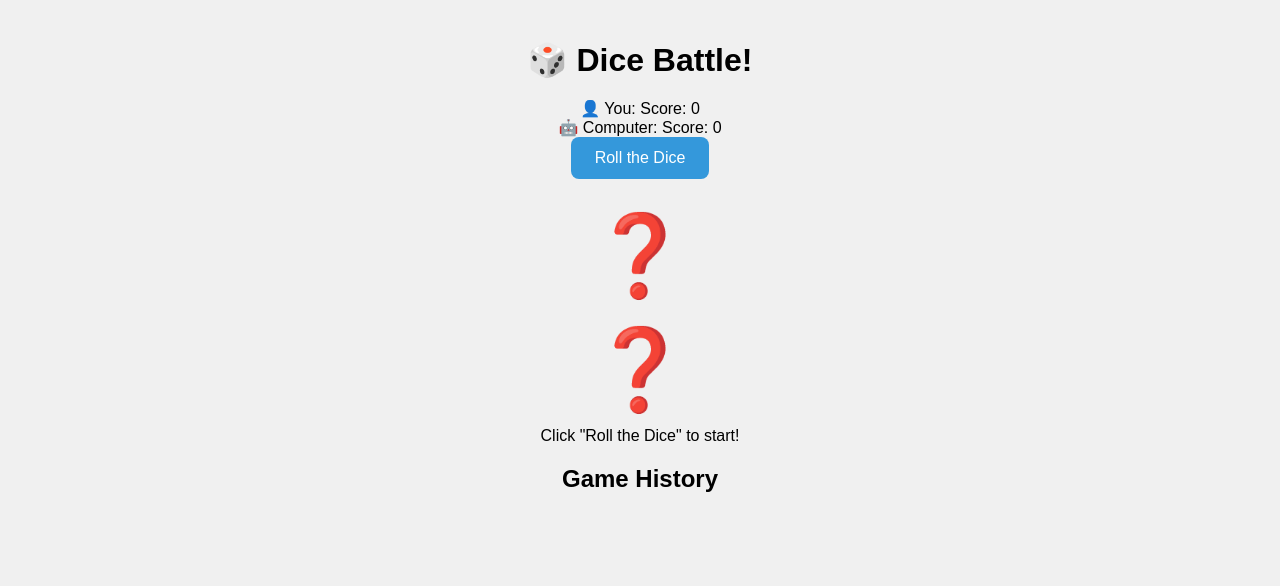
Repository: alokanand524/anand-portfolio
Page: games/dice-game/index.html
These files come from the project's save history. The page is drawn as it stood at one moment and after the next save; the edit follows.
The browser window is 1280 px wide. The pictures show the whole page.

Above is the page before, as saved 2025-07-31 15:10:32.

### games/dice-game/index.html
<!DOCTYPE html>
<html lang="en">
<head>
  <meta charset="UTF-8">
  <title>Emoji Dice Game</title>
  <link rel="stylesheet" href="style.css">
</head>
<body>
  <div class="game-container">
    <h1>🎲 Dice Battle!</h1>

    <div class="score-board">
      <div>👤 You: <span id="player-score">0</span></div>
      <div>🤖 Computer: <span id="computer-score">0</span></div>
    </div>

    <button id="roll-btn">Roll the Dice</button>

    <div class="dice-area">
      <div class="dice" id="player-dice">❓</div>
      <div class="dice" id="computer-dice">❓</div>
    </div>

    <div class="result-text" id="result-text">Click "Roll the Dice" to start!</div>

    <h2>Game History</h2>
    <ul id="history-log"></ul>
  </div>

  <script src="https://code.jquery.com/jquery-3.7.1.min.js"></script>
  <script src="script.js"></script>
</body>
</html>

### games/dice-game/style.css
body {
  font-family: Arial, sans-serif;
  background-color: #f0f0f0;
  margin: 0;
  padding: 0;
  text-align: center;
}

.game-container {
  max-width: 600px;
  margin: auto;
  padding: 20px;
}

h1 {
  font-size: 2rem;
  margin-bottom: 20px;
}

.dice-section {
  display: flex;
  justify-content: space-around;
  flex-wrap: wrap;
  margin-bottom: 20px;
}

.player, .computer {
  flex: 1 1 40%;
  margin-bottom: 20px;
}

.dice {
  font-size: 5rem;
  padding: 10px;
  transition: transform 0.3s;
}

.dice.animate {
  transform: rotate(360deg) scale(1.2);
}

#roll-btn {
  padding: 12px 24px;
  font-size: 1rem;
  background-color: #3498db;
  color: white;
  border: none;
  border-radius: 8px;
  cursor: pointer;
  margin-bottom: 20px;
}

#roll-btn:hover {
  background-color: #2980b9;
}

#result {
  font-size: 1.2rem;
  font-weight: bold;
  margin: 10px 0 20px;
}

#history-log {
  list-style-type: none;
  padding: 0;
}

.dark-toggle {
  margin-bottom: 20px;
  display: block;
  font-size: 1rem;
}

/* Dark mode */
body.dark {
  background-color: #212121;
  color: #fff;
}

body.dark .dice {
  background-color: #21212100;
}

body.dark #roll-btn {
  background-color: #555;
}

body.dark #roll-btn:hover {
  background-color: #666;
}

@media (max-width: 600px) {
  .dice-section {
    flex-direction: column;
    align-items: center;
  }

  .dice {
    font-size: 4rem;
  }

  #roll-btn {
    width: 80%;
    font-size: 1rem;
  }
}

### games/dice-game/script.js
const diceFaces = ['⚀','⚁','⚂','⚃','⚄','⚅'];
let playerScore = 0;
let computerScore = 0;
let round = 0;

const rollSound = document.getElementById('roll-sound');
const winSound = document.getElementById('win-sound');
const loseSound = document.getElementById('lose-sound');

function rollDie() {
  // Roll returns value from 0-5
  return Math.floor(Math.random() * 6);
}

function updateDice($elem, roll) {
  $elem.addClass('animate').text(diceFaces[roll]);
  setTimeout(() => $elem.removeClass('animate'), 300);
}

function updateScores() {
  $('#player-score').text(`Score: ${playerScore}`);
  $('#computer-score').text(`Score: ${computerScore}`);
}

function saveToLocal() {
  localStorage.setItem('playerScore', playerScore);
  localStorage.setItem('computerScore', computerScore);
  localStorage.setItem('historyLog', $('#history-log').html());
}

function loadFromLocal() {
  if (localStorage.getItem('playerScore')) {
    playerScore = parseInt(localStorage.getItem('playerScore'));
    computerScore = parseInt(localStorage.getItem('computerScore'));
    $('#history-log').html(localStorage.getItem('historyLog'));
  }
  updateScores();
}

function playRound() {
  rollSound.play();
  round++;

  const playerRoll = rollDie();
  const computerRoll = rollDie();

  // Show dice faces (index from 0)
  updateDice($('#player-dice'), playerRoll);
  updateDice($('#computer-dice'), computerRoll);

  // Convert roll to real values (1–6)
  const playerValue = playerRoll + 1;
  const computerValue = computerRoll + 1;

  let result = '';
  if (playerValue > computerValue) {
    playerScore++;
    winSound.play();
    result = '🎉 You win!';
  } else if (playerValue < computerValue) {
    computerScore++;
    loseSound.play();
    result = '😢 Computer wins!';
  } else {
    result = '🤝 Tie!';
  }

  $('#result').text(result);
  $('#history-log').prepend(
    `<li>Round ${round}: You ${diceFaces[playerRoll]} (${playerValue}) vs ${diceFaces[computerRoll]} (${computerValue}) → ${result}</li>`
  );

  updateScores();
  saveToLocal();
}

function setupDarkMode() {
  const toggle = $('#dark-mode-toggle');
  const darkPref = localStorage.getItem('darkMode') === 'true';
  if (darkPref) {
    $('body').addClass('dark');
    toggle.prop('checked', true);
  }

  toggle.change(function () {
    $('body').toggleClass('dark');
    localStorage.setItem('darkMode', $(this).is(':checked'));
  });
}

$(document).ready(function () {
  setupDarkMode();
  loadFromLocal();
  $('#roll-btn').click(playRound);
});

After the next save:
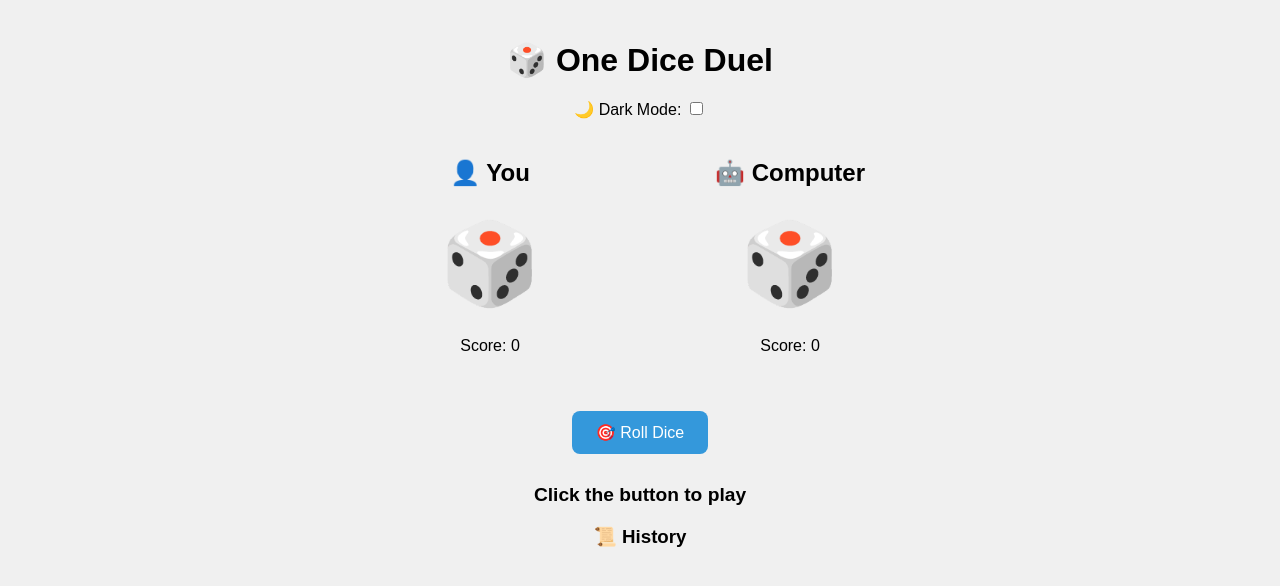
Saved 2 s later.
--- a/games/dice-game/index.html
+++ b/games/dice-game/index.html
@@ -1,33 +1,45 @@
 <!DOCTYPE html>
 <html lang="en">
 <head>
-  <meta charset="UTF-8">
-  <title>Emoji Dice Game</title>
-  <link rel="stylesheet" href="style.css">
+  <meta charset="UTF-8" />
+  <meta name="viewport" content="width=device-width, initial-scale=1.0"/>
+  <title>🎲 Dice Duel</title>
+  <link rel="stylesheet" href="style.css" />
+  <script src="https://code.jquery.com/jquery-3.6.0.min.js"></script>
 </head>
 <body>
   <div class="game-container">
-    <h1>🎲 Dice Battle!</h1>
+    <h1>🎲 One Dice Duel</h1>
 
-    <div class="score-board">
-      <div>👤 You: <span id="player-score">0</span></div>
-      <div>🤖 Computer: <span id="computer-score">0</span></div>
+    <label class="dark-toggle">
+      🌙 Dark Mode:
+      <input type="checkbox" id="dark-mode-toggle" />
+    </label>
+
+    <div class="dice-section">
+      <div class="player">
+        <h2>👤 You</h2>
+        <div class="dice" id="player-dice">🎲</div>
+        <p id="player-score">Score: 0</p>
+      </div>
+      <div class="computer">
+        <h2>🤖 Computer</h2>
+        <div class="dice" id="computer-dice">🎲</div>
+        <p id="computer-score">Score: 0</p>
+      </div>
     </div>
 
-    <button id="roll-btn">Roll the Dice</button>
+    <button id="roll-btn">🎯 Roll Dice</button>
+    <div id="result">Click the button to play</div>
 
-    <div class="dice-area">
-      <div class="dice" id="player-dice">❓</div>
-      <div class="dice" id="computer-dice">❓</div>
-    </div>
-
-    <div class="result-text" id="result-text">Click "Roll the Dice" to start!</div>
-
-    <h2>Game History</h2>
+    <h3>📜 History</h3>
     <ul id="history-log"></ul>
   </div>
 
-  <script src="https://code.jquery.com/jquery-3.7.1.min.js"></script>
+  <audio id="roll-sound" src="https://assets.mixkit.co/sfx/preview/mixkit-dice-roll-1053.mp3"></audio>
+  <audio id="win-sound" src="https://assets.mixkit.co/sfx/preview/mixkit-game-win-2016.mp3"></audio>
+  <audio id="lose-sound" src="https://assets.mixkit.co/sfx/preview/mixkit-losing-piano-2024.mp3"></audio>
+
   <script src="script.js"></script>
 </body>
 </html>
